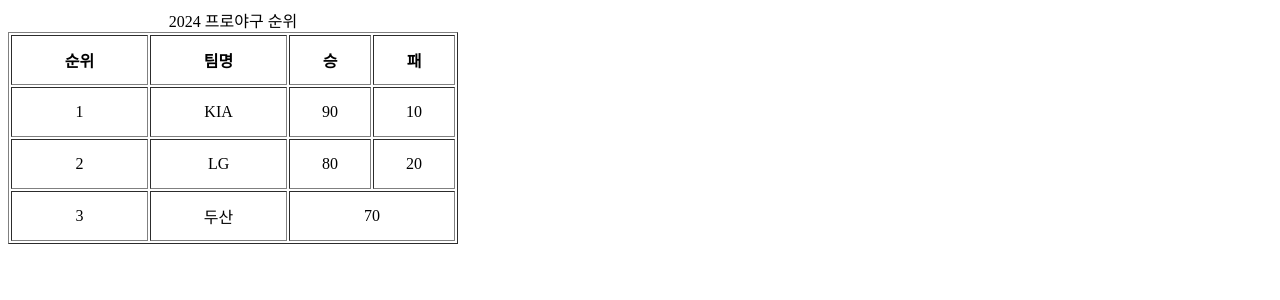
Repository: jinaa11/Kcc_Web
Page: Html/WebContent/table.html
An editor plug-in stored every save of this project. The page is shown before and after the next save, followed by the edit.
The browser window is 1280 px wide. The pictures show the whole page.

Above is the page before, as saved 2024-07-08 05:27:32.

### Html/WebContent/table.html
<!DOCTYPE html>
<html>
<head>
<meta charset="UTF-8">
<title>Insert title here</title>
</head>
<body>
	<table width="450" border="1">
		<caption>2024 프로야구 순위</caption>
		<thead>
			<tr height="50" align="center">
				<th>순위</th>
				<th>팀명</th>
				<th>승</th>
				<th>패</th>
			</tr>
		</thead>
		<tbody>
			<tr height="50" align="center">
				<td>1</td>
				<td>KIA</td>
				<td>90</td>
				<td>10</td>
			</tr>
			<tr height="50" align="center">
				<td>2</td>
				<td>LG</td>
				<td>80</td>
				<td>20</td>
			</tr>
			<tr height="50" align="center">
				<td>3</td>
				<td>두산</td>
				<td colspan="2">70</td>
			</tr>
		</tbody>
	</table>
</body>
</html>

After the next save:
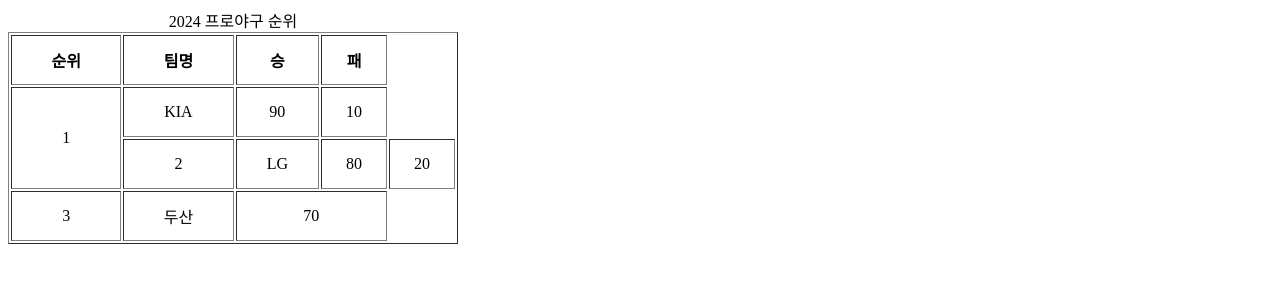
Saved 41 s later.
--- a/Html/WebContent/table.html
+++ b/Html/WebContent/table.html
@@ -17,7 +17,7 @@
 		</thead>
 		<tbody>
 			<tr height="50" align="center">
-				<td>1</td>
+				<td rowspan="2">1</td>
 				<td>KIA</td>
 				<td>90</td>
 				<td>10</td>
